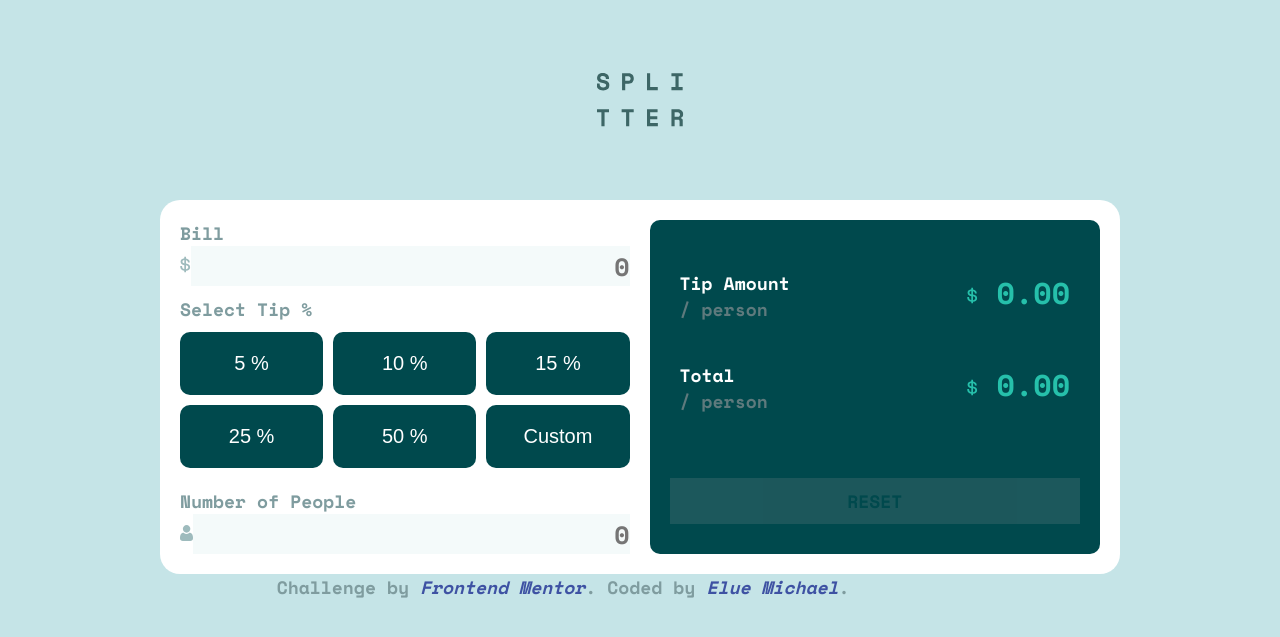
Repository: MeekyBerry/Frontend-Mentor-Challenges
Page: tip-calculator-app/index.html
These files come from the project's save history. The page is drawn as it stood at one moment and after the next save; the edit follows.
The browser window is 1280 px wide. The pictures show the whole page.

Above is the page before, as saved 2023-03-28 03:12:15.

### tip-calculator-app/index.html
<!DOCTYPE html>
<html lang="en">

<head>
  <meta charset="UTF-8">
  <meta name="viewport" content="width=device-width, initial-scale=1.0">
  <link rel="icon" type="image/png" sizes="32x32" href="./css/images/favicon-32x32.png">
  <title> Tip calculator app</title>
  <link rel="stylesheet" href="./css/style.css">
  <script src="./script.js" defer></script>
</head>

<body>
  <div class="heading-logo">
    <img src="./css/images/logo.svg" alt="Logo" class="logo">
  </div>

  <form id="form" class="background">
    <div class="first-container">
      <div class="bill-container">
        <label for="bill">Bill</label>
        <div class="icon-box">
          <div>
            <img src="./css/images/icon-dollar.svg" alt="Dollar Icon">
          </div>
          <input type="number" id="bill" placeholder="0" class="bill-input input-bar">
        </div>
      </div>

      <div class="tip">
        <div>Select Tip %</div>
        <div class="percent-container">
          <button type="button" class="percent five">5 %</button>
          <button type="button" class="percent ten">10 %</button>
          <button type="button" class="percent fiftheen">15 %</button>
          <button type="button" class="percent twenty-five">25 %</button>
          <button type="button" class="percent fifty">50 %</button>
          <button type="button" class="percent custom" id="cst-btn">Custom</button>
        </div>
      </div <div>
      <label for="number">Number of People</label>
      <div class="icon-box">
        <div>
          <img src="./css/images/icon-person.svg" alt="Person Icon">
        </div>
        <input type="number" id="number" class="number-input input-bar" placeholder="0">
      </div>
    </div>
    </div>

    <div class="second-container">
      <div class="amount">
        <p>Tip Amount <span class="person">/ person</span></p>
        <div class="digit">
          <svg xmlns="http://www.w3.org/2000/svg" width="11" height="17">
            <path fill="var(--Strong-cyan)"
              d="M6.016 16.328v-1.464c1.232-.08 2.22-.444 2.964-1.092.744-.648 1.116-1.508 1.116-2.58v-.144c0-.992-.348-1.772-1.044-2.34-.696-.568-1.708-.932-3.036-1.092V4.184c.56.144 1.012.4 1.356.768.344.368.516.816.516 1.344v.288h1.824v-.432c0-.448-.088-.876-.264-1.284a3.783 3.783 0 00-.744-1.116A4.251 4.251 0 007.54 2.9a5.324 5.324 0 00-1.524-.492V.872H4.288V2.36a5.532 5.532 0 00-1.416.324c-.448.168-.84.392-1.176.672-.336.28-.604.616-.804 1.008-.2.392-.3.844-.3 1.356v.144c0 .96.316 1.708.948 2.244.632.536 1.548.884 2.748 1.044v3.912c-.704-.16-1.248-.472-1.632-.936-.384-.464-.576-1.08-.576-1.848v-.288H.256v.576c0 .464.08.924.24 1.38.16.456.404.88.732 1.272.328.392.744.728 1.248 1.008s1.108.476 1.812.588v1.512h1.728zM4.288 7.424c-.688-.128-1.164-.332-1.428-.612-.264-.28-.396-.644-.396-1.092 0-.464.176-.832.528-1.104.352-.272.784-.448 1.296-.528v3.336zm1.728 5.712V9.344c.768.128 1.328.328 1.68.6.352.272.528.688.528 1.248 0 .544-.196.984-.588 1.32-.392.336-.932.544-1.62.624z" />
          </svg>
          <span id="tip-amount">0.00</span>
        </div>
      </div>

      <div class="amount">
        <p>Total <span class="person">/ person</span></p>
        <div class="digit">
          <svg xmlns="http://www.w3.org/2000/svg" width="11" height="17">
            <path fill="var(--Strong-cyan)"
              d="M6.016 16.328v-1.464c1.232-.08 2.22-.444 2.964-1.092.744-.648 1.116-1.508 1.116-2.58v-.144c0-.992-.348-1.772-1.044-2.34-.696-.568-1.708-.932-3.036-1.092V4.184c.56.144 1.012.4 1.356.768.344.368.516.816.516 1.344v.288h1.824v-.432c0-.448-.088-.876-.264-1.284a3.783 3.783 0 00-.744-1.116A4.251 4.251 0 007.54 2.9a5.324 5.324 0 00-1.524-.492V.872H4.288V2.36a5.532 5.532 0 00-1.416.324c-.448.168-.84.392-1.176.672-.336.28-.604.616-.804 1.008-.2.392-.3.844-.3 1.356v.144c0 .96.316 1.708.948 2.244.632.536 1.548.884 2.748 1.044v3.912c-.704-.16-1.248-.472-1.632-.936-.384-.464-.576-1.08-.576-1.848v-.288H.256v.576c0 .464.08.924.24 1.38.16.456.404.88.732 1.272.328.392.744.728 1.248 1.008s1.108.476 1.812.588v1.512h1.728zM4.288 7.424c-.688-.128-1.164-.332-1.428-.612-.264-.28-.396-.644-.396-1.092 0-.464.176-.832.528-1.104.352-.272.784-.448 1.296-.528v3.336zm1.728 5.712V9.344c.768.128 1.328.328 1.68.6.352.272.528.688.528 1.248 0 .544-.196.984-.588 1.32-.392.336-.932.544-1.62.624z" />
          </svg>
          <span id="total">0.00</span>
        </div>
      </div>
      <div class="btn-wrapper">
        <button type="reset" id="reset" class="btn">Reset</button>
      </div>
    </div>
  </form>

  <div class="attribution">
    Challenge by <a href="https://www.frontendmentor.io?ref=challenge" target="_blank">Frontend Mentor</a>.
    Coded by <a href="https://www.frontendmentor.io/profile/MeekyBerry" target="_blank">Elue Michael</a>.
  </div>
</body>

</html>

### tip-calculator-app/css/style.css
@import url("https://fonts.googleapis.com/css2?family=Space+Mono:wght@400;700&display=swap");

:root {
  /* ### Primary */
  --Strong-cyan: hsl(172, 67%, 45%);
  /* ### Neutral */
  --Very-dark-cyan: hsl(183, 100%, 15%);
  --Dark-grayish-cyan: hsl(186, 14%, 43%);
  --Grayish-cyan: hsl(184, 14%, 56%);
  --Light-grayish-cyan: hsl(185, 41%, 84%);
  --Very-light-grayish-cyan: hsl(189, 41%, 97%);
  --White: hsl(0, 0%, 100%);
  --dark-blue: hsl(228, 45%, 44%);
}

html {
  font-size: 50%;
}

*,
::before,
::after {
  margin: 0;
  padding: 0;
  box-sizing: border-box;
}

body {
  font-size: 1.8rem;
  font-family: "Space Mono", sans-serif;
  font-weight: 700;
  background-color: var(--Light-grayish-cyan);
  color: var(--Grayish-cyan);
  height: 100%;
  width: 100%;
}

.heading-logo {
  height: 20rem;
  width: 100%;
  position: relative;
}

.logo {
  position: absolute;
  top: 50%;
  left: 50%;
  transform: translate(-50%, -50%);
}

.background {
  display: flex;
  flex-direction: column;
  justify-content: space-around;
  background-color: var(--White);
  height: 80rem;
  width: 100%;
  border-radius: 2rem;
  /* padding: 0 5rem; */
}

label {
  display: block;
}

.icon-box {
  display: flex;
  align-items: center;
}

.input-bar {
  width: 100%;
  height: 4rem;
  border: none;
  font-size: 2.5rem;
  font-family: "Space Mono", sans-serif;
  font-weight: 700;
  background: var(--Very-light-grayish-cyan) no-repeat;
  text-align: end;
}

.input-bar:focus {
  outline-color: var(--Strong-cyan);
}

.input-bar::placeholder {
  text-align: end;
}

/* Remove Arrows/Spinners ON INPUT */
input::-webkit-outer-spin-button,
input::-webkit-inner-spin-button {
  -webkit-appearance: none;
}

/* Firefox */
input[type="number"] {
  -moz-appearance: textfield;
}

.tip {
  padding: 1rem 0;
}

.percent-container {
  display: grid;
  grid-template-columns: repeat(2, 1fr);
  grid-template-rows: repeat(3, 1fr);
  grid-template-areas:
    "five ten"
    "fiftheen twentyFive"
    "fifty custom";
  gap: 1rem;
  padding: 1rem 0;
}

.percent {
  background-color: var(--Very-dark-cyan);
  color: var(--White);
  text-align: center;
  padding: 2rem;
  border-radius: 1rem;
  border: none;
  font-size: 2rem;
  width: 100%;
}

.percent:active {
  background-color: var(--Strong-cyan);
  color: var(--Very-dark-cyan);
  font-weight: 700;
}

.five {
  grid-area: five;
}

.ten {
  grid-area: ten;
}

.fiftheen {
  grid-area: fiftheen;
}

.twenty-five {
  grid-area: twentyFive;
}

.fifty {
  grid-area: fifty;
}

.custom {
  grid-area: custom;
}

.custom-input {
  background-color: var(--Very-light-grayish-cyan);
  border: none;
  border-radius: 1rem;
  padding: 1rem;
  font-size: 2rem;
  font-weight: 700;
  text-align: center;
  width: 100%;
}

.custom-input:focus {
  outline-color: var(--Strong-cyan);
}

.second-container {
  background-color: var(--Very-dark-cyan);
  border-radius: 1rem;
  padding: 3rem 2rem;
}

.amount {
  display: flex;
  justify-content: space-between;
  padding: 2rem 1rem;
}

p {
  color: var(--White);
}

.person {
  display: block;
  font-size: 1.8rem;
  color: var(--Dark-grayish-cyan);
}

.digit {
  color: var(--Strong-cyan);
  font-size: 3rem;
}

.dollar {
  filter: var(--Strong-cyan);
}

.btn {
  width: 100%;
  padding: 1rem;
  background-color: var(--Dark-grayish-cyan);
  color: var(--Very-dark-cyan);
  border: none;
  text-transform: uppercase;
  font-size: 1.8rem;
  font-weight: 700;
  font-family: "Space Mono", sans-serif;
  opacity: 0.3;
}

.attribution {
  font-size: 1.8rem;
  text-align: center;
  width: 88%;
}

.attribution a {
  color: var(--dark-blue);
  text-decoration: none;
  font-style: italic;
}

@media only screen and (min-width: 1000px) {
  html {
    font-size: 62.5%;
  }

  .background {
    width: 75%;
    height: 75%;
    margin: 0rem auto;
    flex-direction: row;
    gap: 2rem;
    padding: 2rem;
  }

  .first-container {
    display: flex;
    flex-direction: column;
    justify-content: space-around;
    width: 50%;
  }

  .percent-container {
    grid-template-columns: repeat(3, 1fr);
    grid-template-rows: repeat(2, 1fr);
    grid-template-areas:
      "five ten fiftheen"
      "twentyFive fifty custom";
  }

  .second-container {
    display: flex;
    flex-direction: column;
    width: 50%;
  }

  .btn-wrapper {
    margin-top: auto;
  }
}

### tip-calculator-app/script.js
// 1. Get the bill amount from the input field
const billInput = document.getElementById('bill');
// 2. Get the tip percentage from the Button array
const tipButtons = document.querySelectorAll('.percent');
// 2.1. The percentage array contains a Custom button which toggles to input field when clicked
const customButton = document.querySelector('.custom');
// 2.2. Get the custom percentage from the input field
const customInput = document.createElement('input');
// Add style class to created customInput element
customInput.classList.add('custom-input');
// 3. Get the number of people from the input field
const peopleInput = document.getElementById('number')
// 4. Calculate the tip amount per person;
const tipAmountSpan = document.getElementById('tip-amount');
// 5. Calculate the total cost per person
const totalAmountSpan = document.getElementById('total');
// 6. Display the tip amount per person
const resetButton = document.getElementById('reset');


let bill = 0;
let tipPercentage = 0;
let customPercentage = 0;
let people = 0;

let inputPeople = false;
let error = true;

// add input validation for bill and people fields
billInput.addEventListener('input', () => {
    bill = Number(billInput.value);
    calculateTip();
});

peopleInput.addEventListener('input', () => {
    people = Number(peopleInput.value);
    calculateTip();
});

// add event listeners for tip buttons
tipButtons.forEach(button => {
    button.addEventListener('click', () => {
        if (button.classList.contains('custom')) {
            customInput.type = 'number';
            customInput.min = 1;
            customInput.placeholder = 'Custom';
            customInput.value = '';
            customInput.classList.add('custom-input');
            button.parentNode.replaceChild(customInput, button);
            customInput.focus();
        } else {
            tipPercentage = Number(button.textContent.replace('%', ''));
            calculateTip();
        }
    });
});

// add event listener for custom input
customInput.addEventListener('input', () => {
    customPercentage = Number(customInput.value);
    calculateTip();
});

// add event listener for reset button
resetButton.addEventListener('click', () => {
    billInput.value = '';
    peopleInput.value = '';
    tipAmountSpan.textContent = '$0.00';
    totalAmountSpan.textContent = '$0.00';
    bill = 0;
    tipPercentage = 0;
    customPercentage = 0
    people = 0;
    customInput.parentNode.replaceChild(customButton, customInput);
});

// calculate tip and total amount
const calculateTip = () => {
    if (people > 0) {
        inputPeople = true;
        let tip = (bill * (tipPercentage + customPercentage)) / 100;
        let total = bill + tip;
        let tipPerPerson = tip / people;
        let totalPerPerson = total / people;
        tipAmountSpan.textContent = `$${tipPerPerson.toFixed(2)}`;
        totalAmountSpan.textContent = `$${totalPerPerson.toFixed(2)}`;
    }
};







// const BILL = document.querySelector('.bill-input');
// const TIP_PERCENT = document.querySelectorAll('.percent');
// const PEOPLE = document.querySelector('.number-input');
// const TOTAL_BILL = document.getElementById('total');
// const TIP_AMOUNT = document.getElementById('tip-amount');
// const CUSTOM = document.querySelector('.custom');
// const CUSTOM_BUTTON = document.getElementById('cst-btn')
// const CUSTOM_INPUT = document.getElementById('cst-input')
// const RESET = document.getElementById('reset');

// let billValue;
// let person;
// let customValue;
// let custom = 0;

// let myArray = [5, 10, 15, 25, 50, custom];
// let tipAmount = 0;

// let error = true;
// let inputPeople = false;

// const calculateHandler = () => {
//     if (inputPeople) {
//         let amount = (billValue + tipAmount) / person;
//         TOTAL_BILL.textContent = `${amount.toFixed(2)}`;
//     }
// };

// BILL.addEventListener('change', () => {
//     error = !error;
//     billValue = parseFloat(BILL.value);
//     TIP_PERCENT.forEach((el, idx) => {
//         let percent = myArray[idx];
//         el.addEventListener('click', (e) => {
//             let target = e.target;
//             if (target.classList.contains('percent')) {
//                 let percent = parseFloat(target.textContent);
//                 if (isNaN(percent)) {
//                     percent = customValue;
//                 } else {
//                     customValue = 0;
//                 }
//                 // if (CUSTOM.firstElementChild === CUSTOM_INPUT && idx === 5) {
//                 //     CUSTOM_INPUT.addEventListener('change', () => {
//                 //         customValue = parseFloat(CUSTOM_INPUT.value);
//                 //         tipAmount = CUSTOM_INPUT.value * (percent / 100);
//                 //         TIP_AMOUNT.textContent = `${tipAmount.toFixed(2)}`;
//                 //         calculateHandler();
//                 //     })
//                 // }
//                 tipAmount = billValue * (percent / 100);
//                 TIP_AMOUNT.textContent = `${tipAmount.toFixed(2)}`;
//                 calculateHandler();
//             }
//         });
//     });
// });


//     // billValue = +BILL.value;
//     // TIP_PERCENT.forEach((el, idx) => {
//     //     let percent = myArray[idx];
//     //     el.addEventListener('click', () => {
//     //         if (CUSTOM.firstElementChild === CUSTOM_INPUT && idx === 5) {
//     //             CUSTOM_INPUT.addEventListener('change', () => {
//     //                 customValue = +CUSTOM_INPUT.value;
//     //                 tipAmount = CUSTOM_INPUT.value * (+percent / 100);
//     //                 TIP_AMOUNT.textContent = `${tipAmount.toFixed(2)}`;
//     //                 calculateHandler();
//     //             })
//     //         }
//     //         tipAmount = BILL.value * (+percent / 100);
//     //         TIP_AMOUNT.textContent = `${tipAmount}`;
//     //         calculateHandler();
//     //     });
//     // });

// // TIP_PERCENT.addEventListener('click', (e) => {
// //     let target = e.target;
// //     if (target.classList.contains('percent')) {
// //       let percent = parseFloat(target.textContent);
// //       if (isNaN(percent)) {
// //         percent = customValue;
// //       } else {
// //         customValue = 0;
// //       }
// //       tipAmount = billValue * (percent / 100);
// //       TIP_AMOUNT.textContent = `${tipAmount.toFixed(2)}`;
// //       calculateHandler();
// //     }
// //   });


// PEOPLE.addEventListener('input', () => {
//     // inputPeople = !inputPeople;
//     // person = +PEOPLE.value;
//     // if (!error) {
//     //     calculateHandler();
//     // }
//  inputPeople = true;
//   person = parseFloat(PEOPLE.value);
//   if (!error && person > 0) {
//     calculateHandler();
//   } else {
//     TOTAL_BILL.textContent = '0.00';
//   }
// });

// CUSTOM.addEventListener('click', () => {
//     // if (CUSTOM.firstElementChild === CUSTOM_BUTTON) {
//     //     CUSTOM.innerHTML = `<input type="number" id="cst-input" class="percent cst" />`
//     // }
//     if (CUSTOM.firstElementChild === CUSTOM_BUTTON) {
//         // CUSTOM.innerHTML = `<input type="number" id="cst-input" class="percent cst" />`
//         CUSTOM.innerHTML = `<input type="number" class="percent cst" />`;
//         CUSTOM_INPUT.addEventListener('change', () => {
//           customValue = parseFloat(CUSTOM_INPUT.value);
//           TIP_PERCENT.lastElementChild.textContent = `${customValue}%`;
//           tipAmount = billValue * (customValue / 100);
//           TIP_AMOUNT.textContent = `${tipAmount.toFixed(2)}`;
//           calculateHandler();

//         });
//       }
// })

// RESET.addEventListener('click', () => {
//     // BILL.value = '';
//     // PEOPLE.value = '';
//     // TIP_AMOUNT.textContent = '0.00';
//     // TOTAL_BILL.textContent = '0.00';
//     CUSTOM.innerHTML = `<button id="cst-btn" class="percent cst">Custom</button>`;
//     BILL.value = '';
//     PEOPLE.value = '';
//     TIP_AMOUNT.textContent = '0.00';
//     TOTAL_BILL.textContent = '0.00';
//     inputPeople = false;
//     customValue = 0;
//     tipAmount = 0;
// });

After the next save:
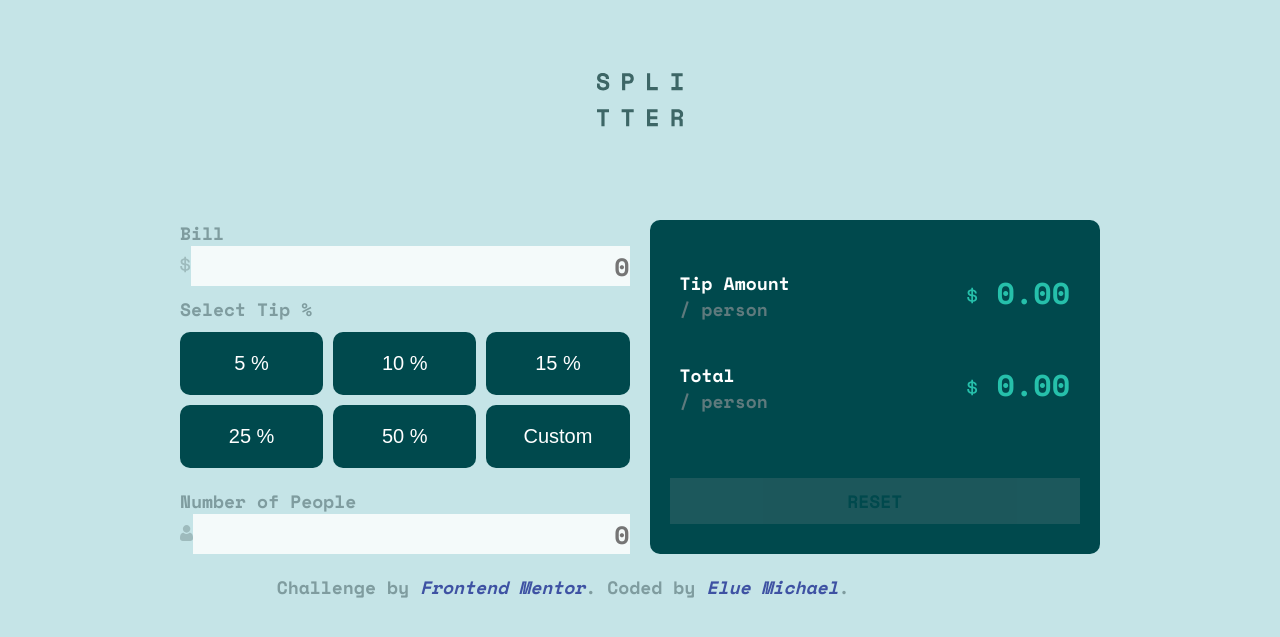
Saved 15 s later.
--- a/tip-calculator-app/css/style.css
+++ b/tip-calculator-app/css/style.css
@@ -52,7 +52,7 @@
   display: flex;
   flex-direction: column;
   justify-content: space-around;
-  background-color: var(--White);
+  /* background-color: var(--White); */
   height: 80rem;
   width: 100%;
   border-radius: 2rem;

After the save that followed:
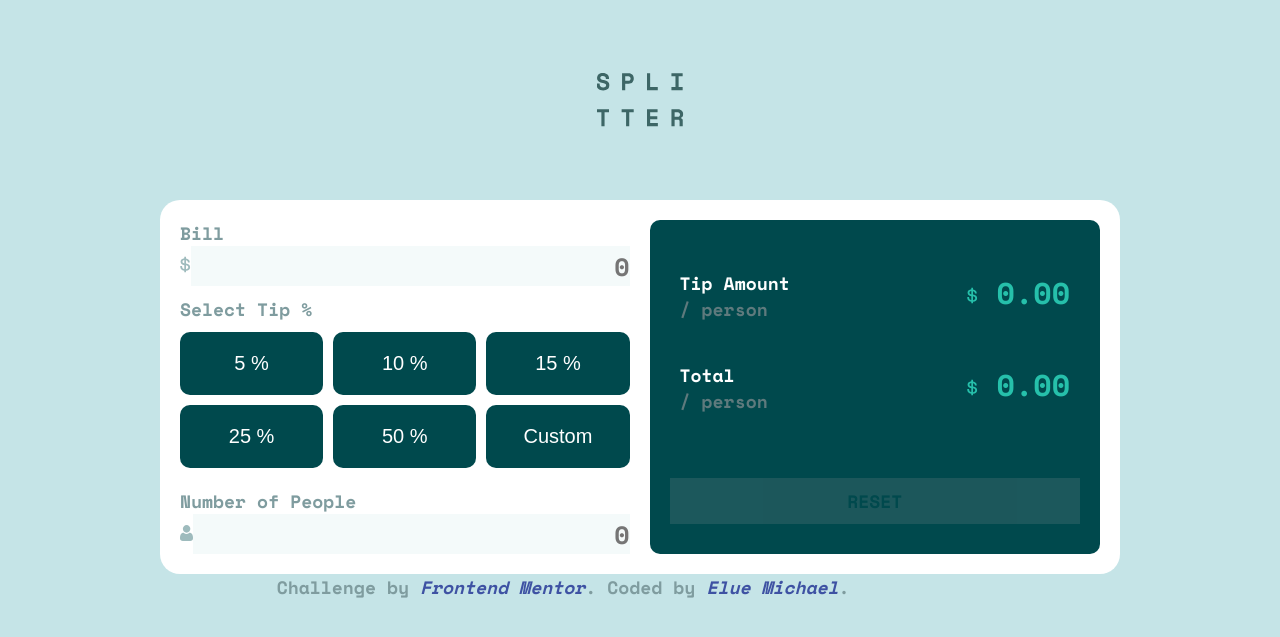
Saved 4 s later.
--- a/tip-calculator-app/css/style.css
+++ b/tip-calculator-app/css/style.css
@@ -52,7 +52,7 @@
   display: flex;
   flex-direction: column;
   justify-content: space-around;
-  /* background-color: var(--White); */
+  background-color: var(--White);
   height: 80rem;
   width: 100%;
   border-radius: 2rem;
